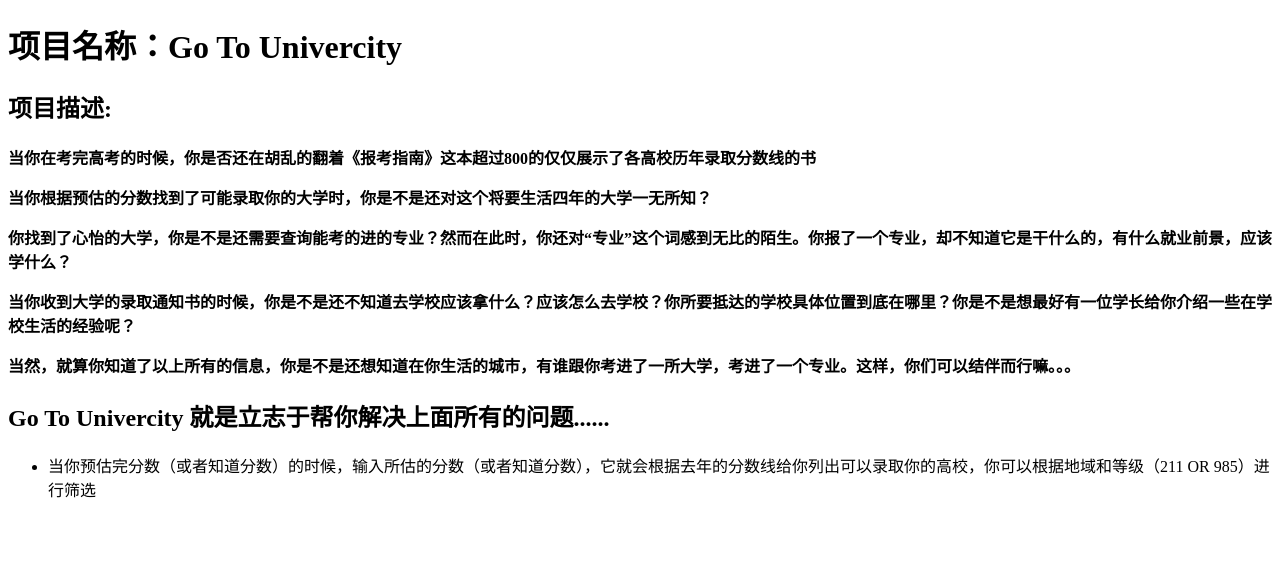
Repository: SUT-GC/GoToUnivercity
Page: http://localhost/GoToUniversity/ideasource/idea.jsp
These files come from the project's save history. The page is drawn as it stood at one moment and after the next save; the edit follows.
The browser window is 1280 px wide. The pictures show the whole page.
The page is served by Tomcat 9. Nobody is signed in. The application's start-up code is not run.

Above is the page before, as saved 2015-11-16 11:05:14.

### GoToUniversity/WebContent/ideasource/idea.jsp
<%@ page language="java" contentType="text/html; charset=UTF-8"
    pageEncoding="UTF-8"%>
<!DOCTYPE html PUBLIC "-//W3C//DTD HTML 4.01 Transitional//EN" "http://www.w3.org/TR/html4/loose.dtd">
<html>
<head>
<meta http-equiv="Content-Type" content="text/html; charset=UTF-8">
<title>Idea Source</title>
</head>
<body>
	<div class="content">
		<div class="content_head">
			<h1>项目名称：Go To Univercity</h1>
		</div>
		<div class="content_body">
			<div class="content_body_description">
				<h2>项目描述:</h2>
				<h4>
					<p>当你在考完高考的时候，你是否还在胡乱的翻着《报考指南》这本超过800的仅仅展示了各高校历年录取分数线的书</p>
					<p>当你根据预估的分数找到了可能录取你的大学时，你是不是还对这个将要生活四年的大学一无所知？</p>
					<p>你找到了心怡的大学，你是不是还需要查询能考的进的专业？然而在此时，你还对“专业”这个词感到无比的陌生。你报了一个专业，却不知道它是干什么的，有什么就业前景，应该学什么？</p>
					<p>当你收到大学的录取通知书的时候，你是不是还不知道去学校应该拿什么？应该怎么去学校？你所要抵达的学校具体位置到底在哪里？你是不是想最好有一位学长给你介绍一些在学校生活的经验呢？</p>
					<p>当然，就算你知道了以上所有的信息，你是不是还想知道在你生活的城市，有谁跟你考进了一所大学，考进了一个专业。这样，你们可以结伴而行嘛。。。</p>
				</h4>
			</div>
			<div class="content_body_content">
				<h2>Go To Univercity 就是立志于帮你解决上面所有的问题......</h2>
				<ul>
					<li><p>当你预估完分数（或者知道分数）的时候，输入所估的分数（或者知道分数），它就会根据去年的分数线给你列出可以录取你的高校，你可以根据地域和等级（211 OR 985）进行筛选</p></li>
				</ul>
			</div>
		</div>
	</div>
</body>
</html>

After the next save:
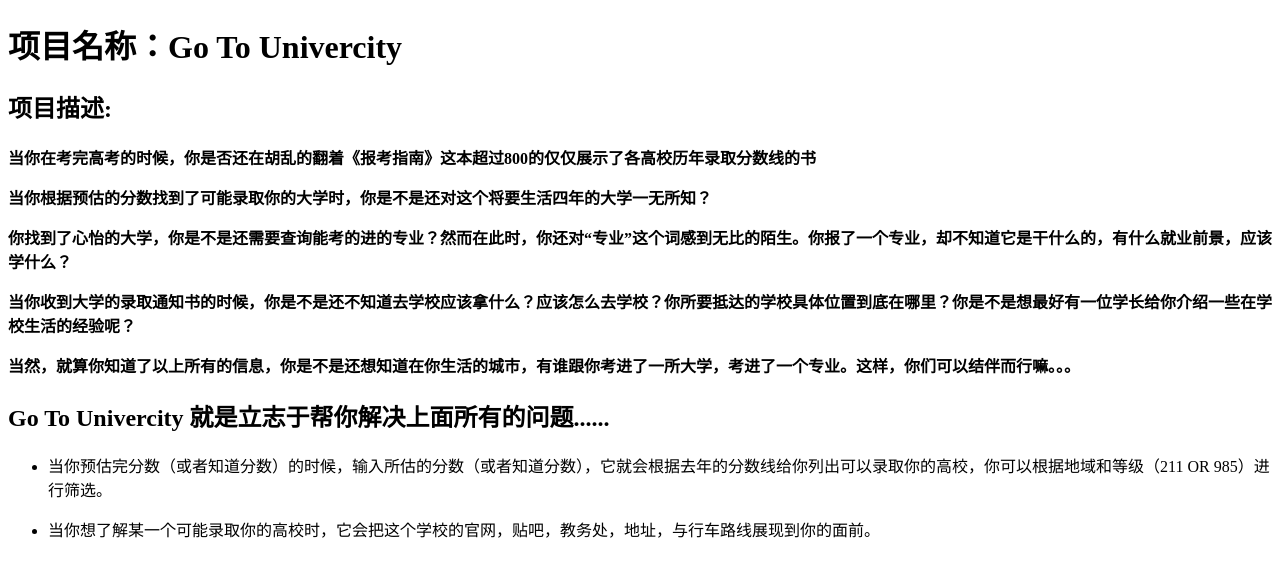
Saved 99 s later.
--- a/GoToUniversity/WebContent/ideasource/idea.jsp
+++ b/GoToUniversity/WebContent/ideasource/idea.jsp
@@ -25,7 +25,8 @@
 			<div class="content_body_content">
 				<h2>Go To Univercity 就是立志于帮你解决上面所有的问题......</h2>
 				<ul>
-					<li><p>当你预估完分数（或者知道分数）的时候，输入所估的分数（或者知道分数），它就会根据去年的分数线给你列出可以录取你的高校，你可以根据地域和等级（211 OR 985）进行筛选</p></li>
+					<li><p>当你预估完分数（或者知道分数）的时候，输入所估的分数（或者知道分数），它就会根据去年的分数线给你列出可以录取你的高校，你可以根据地域和等级（211 OR 985）进行筛选。</p></li>
+					<li><p>当你想了解某一个可能录取你的高校时，它会把这个学校的官网，贴吧，教务处，地址，与行车路线展现到你的面前。</p></li>
 				</ul>
 			</div>
 		</div>
